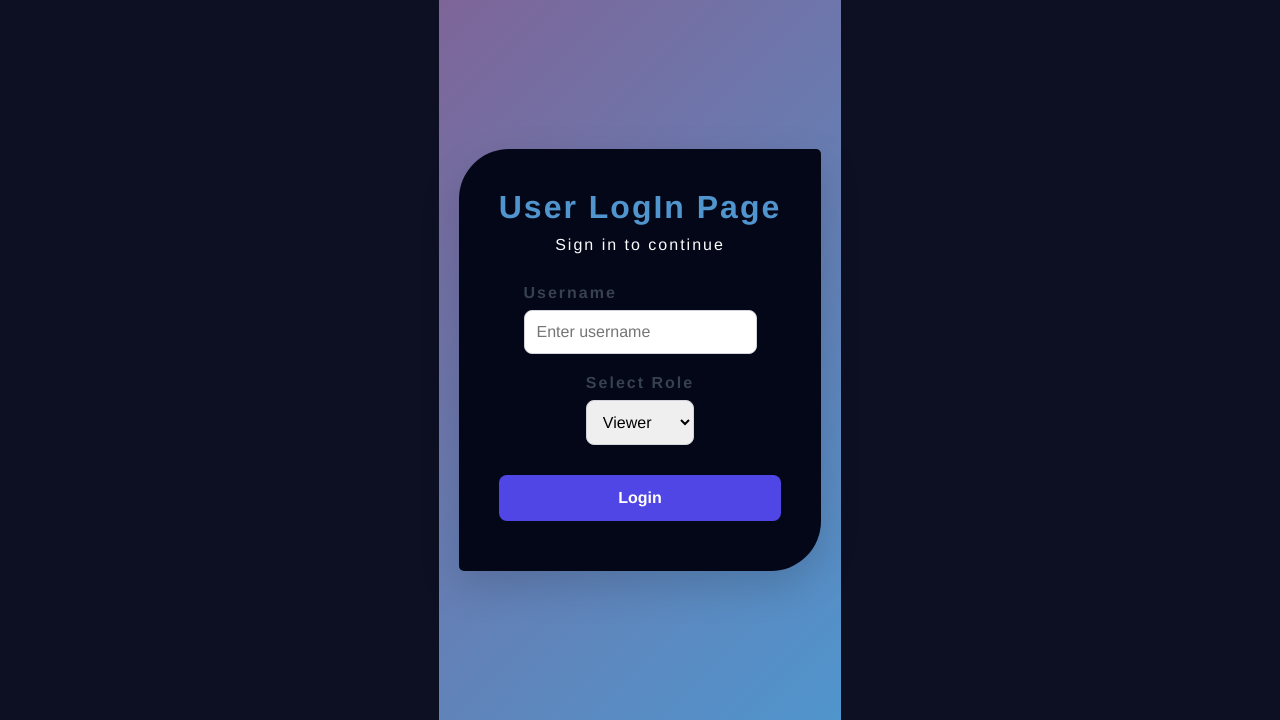
Repository: SolomonChinonso/myUserDashboard
Page: / (app in my-user-dashboard-app/)
These files come from the project's save history. The page is drawn as it stood at one moment and after the next save; the edit follows.
The browser window is 1280 px wide. The pictures show the whole page.
The project was rebuilt for these pictures with package versions that can differ from the ones it lists, and the page was loaded fresh each time. Also part of the build but not shown: my-user-dashboard-app/vite.config.ts, my-user-dashboard-app/src/App.css, my-user-dashboard-app/src/pages/Dashboard.tsx, my-user-dashboard-app/src/pages/Profile.tsx, my-user-dashboard-app/src/pages/Settings.tsx, my-user-dashboard-app/src/components/Navbar.tsx, my-user-dashboard-app/src/components/ProtectedRoute.tsx.

Above is the page before, as saved 2026-05-30 14:52:08.

After the next save:
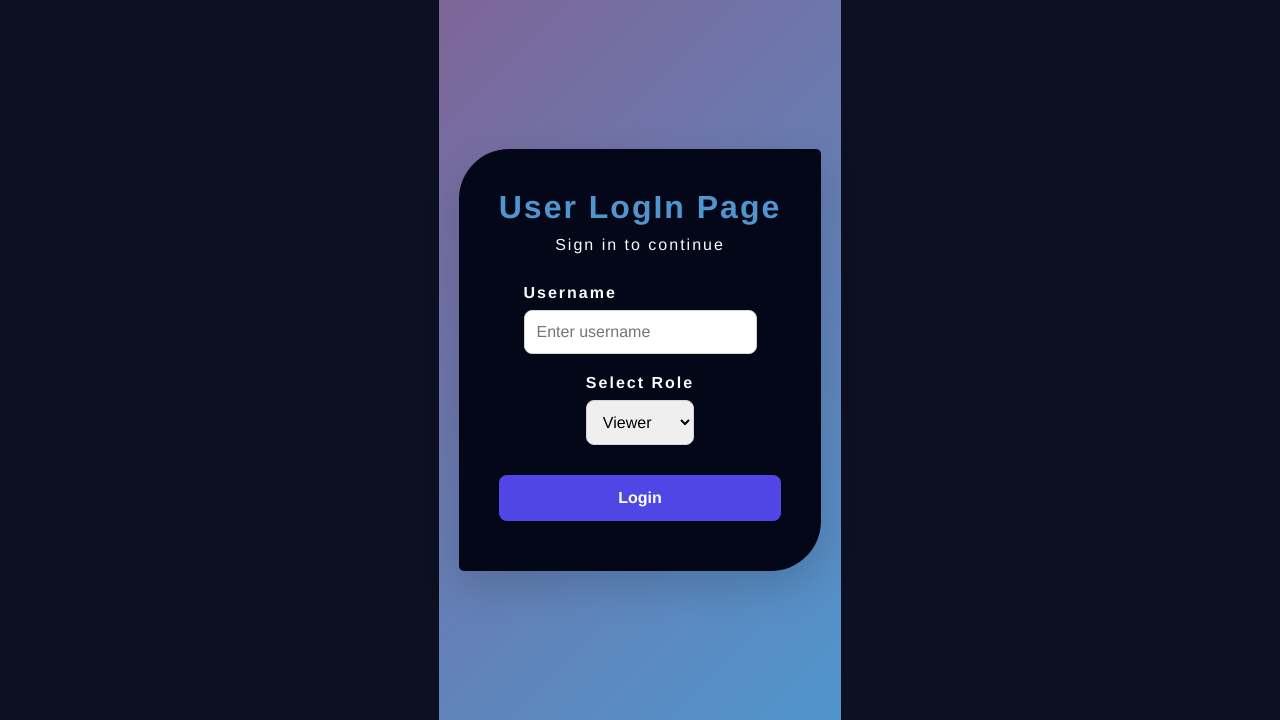
Saved 29 s later.
--- a/my-user-dashboard-app/src/pages/Login.css
+++ b/my-user-dashboard-app/src/pages/Login.css
@@ -54,7 +54,7 @@
 .form-group label {
   margin-bottom: 8px;
   font-weight: 600;
-  color: #374151;
+  color: #fbfcfe;
 }
 
 /* Inputs */
